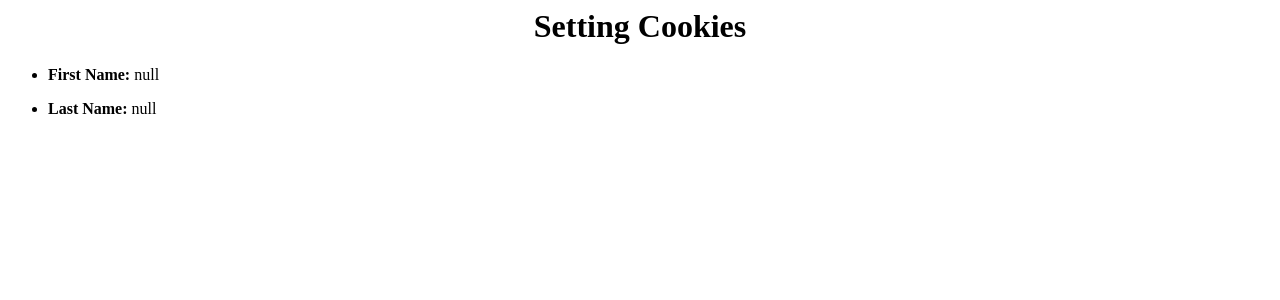
Repository: msibgathulla9980/JSP
Page: http://localhost/HelloWorldJSP/Main.jsp
An editor plug-in stored every save of this project. The page is shown before and after the next save, followed by the edit.
The browser window is 1280 px wide. The pictures show the whole page.
The page is served by Tomcat 9.

Above is the page before, as saved 2019-01-28 12:21:41.

### HelloWorldJSP/WebContent/Main.jsp

<%
//Creating the cookies for first and last name
Cookie firstName=new Cookie("firstName",request.getParameter("first_name"));
Cookie lastName=new Cookie("lastName",request.getParameter("last_name"));

//Setting expiry date after 24 Hrs for both the cookies.
firstName.setMaxAge(60*60*24);
lastName.setMaxAge(60*60*24);

//Adding both the cookies into the response header

response.addCookie( firstName );
response.addCookie( lastName );
%>
<html>
<head>
<title>Setting Cookies</title>
</head>

<body>
	<center>
		<h1>Setting Cookies</h1>
	</center>
	<ul>
		<li><p>
				<b>First Name:</b>
				<%= request.getParameter("first_name")%>
			</p></li>
		<li><p>
				<b>Last Name:</b>
				<%= request.getParameter("last_name")%>
			</p></li>
	</ul>

</body>
</html>

After the next save:
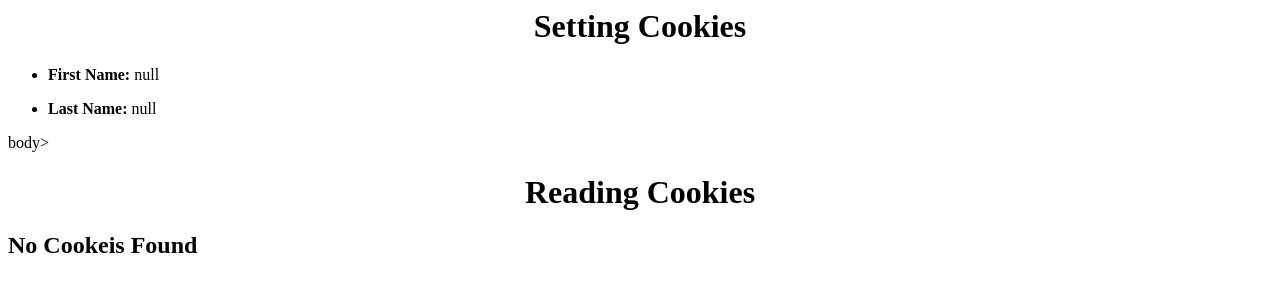
Saved 113 s later.
--- a/HelloWorldJSP/WebContent/Main.jsp
+++ b/HelloWorldJSP/WebContent/Main.jsp
@@ -32,6 +32,34 @@ response.addCookie( lastName );
 				<%= request.getParameter("last_name")%>
 			</p></li>
 	</ul>
+      body>
+      <center>
+         <h1>Reading Cookies</h1>
+      </center>
+      <%
+      Cookie cookie=null;
+      Cookie[] cookies=null;
+      //Getting an array of cookies associated with this domain
+      cookies=request.getCookies();
+      if(cookies!=null)
+      {
+    	  out.print("<h2>Found Cookie's Name and Value</h2>");
+  for(int i=0;i<cookies.length;i++)
+  {
+	  cookie=cookies[i];
+
+      if((cookie.getName( )).compareTo("first_name") == 0 ) {
+         cookie.setMaxAge(0);
+         response.addCookie(cookie);
+         out.print("Deleted cookie: " +cookie.getName( ) + "<br/>");
+      }
+	  out.print("Name:  "+cookie.getName()+", ");
+	  out.print("Value:  "+cookie.getValue()+"<br/>");
+  }
+      }
+      else
+    	  out.print("<h2> No Cookeis Found</h2>");
+ %>
 
 </body>
 </html>
